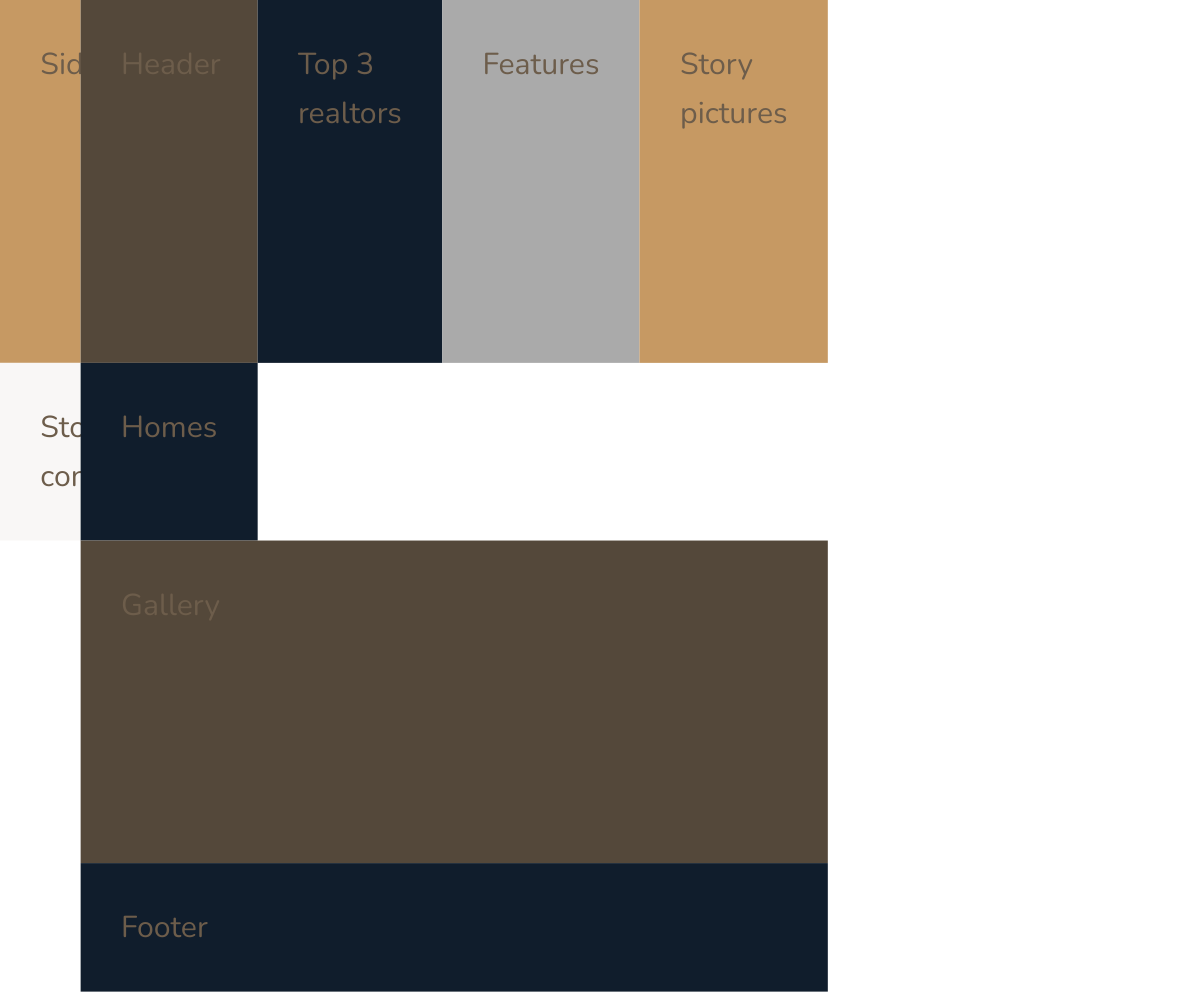
Repository: achwesiuk/nexter
Page: index.html
An editor plug-in stored every save of this project. The page is shown before and after the next save, followed by the edit.
The browser window is 1280 px wide. The page is 1314 px wide, then 1890 px, so the pictures cover 1890 px, including what lies to the right of the window. The pictures show the whole page, at 63% of full size.
The style sheet was rebuilt from its Sass, Less or Tailwind sources for each picture, by a compiler version that may differ from the author's.

Above is the page before, as saved 2021-02-19 14:27:59.

After the next save:
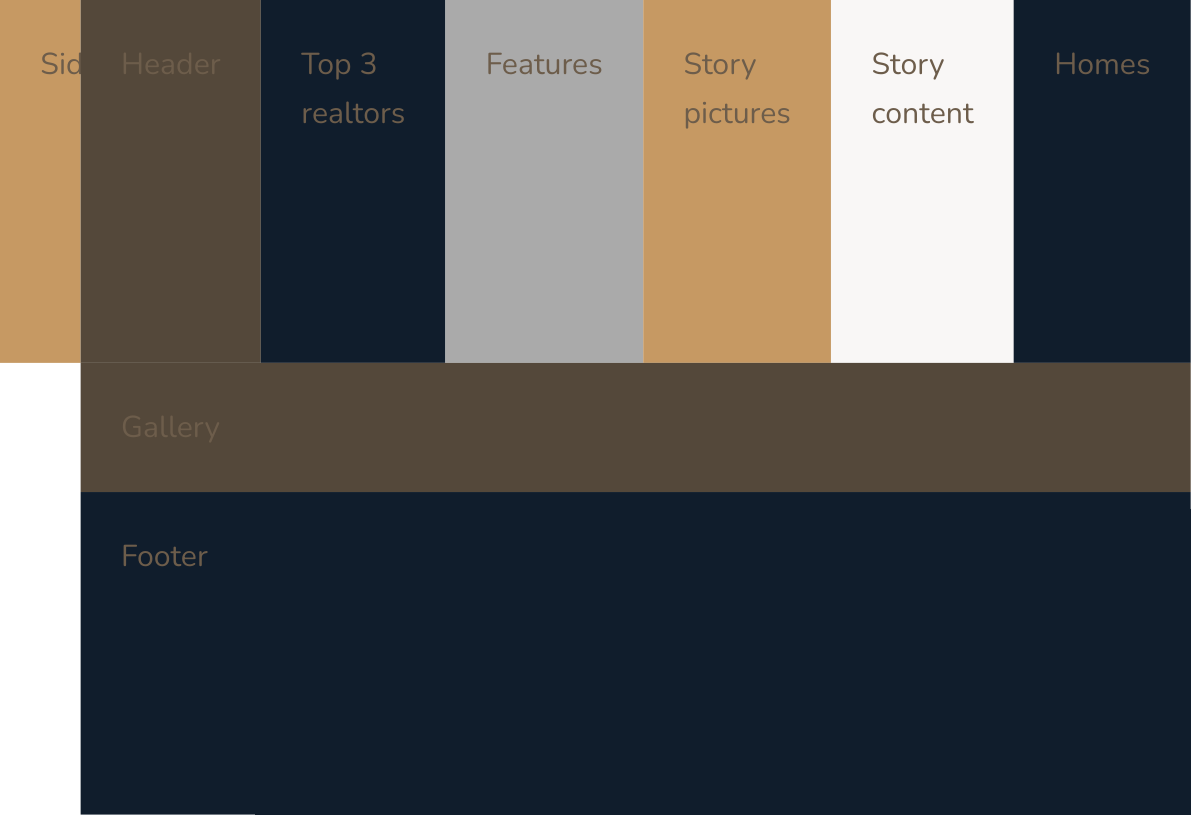
Saved 12 s later.
--- a/sass/_header.scss
+++ b/sass/_header.scss
@@ -1,4 +1,4 @@
 .header {
     background-color: $color-grey-dark-1;
-    grid-column: full-start / col-end 6;
+    //grid-column: full-start / col-end 6;
 }
